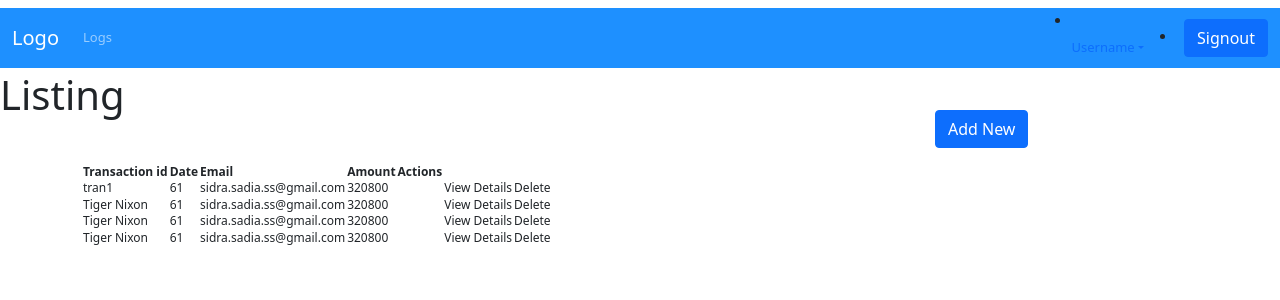
Repository: Sadia-Naveed-Shaikh/JavaScript-Website
Page: src/Listing.html
The author's editor kept a copy of each file at every save. The page is drawn from the files as they stood at one save, then again after the next save.
The browser window is 1280 px wide. The pictures show the whole page.
Some web libraries are served in a nearby version.

Above is the page before, as saved 2021-10-28 17:17:33.

### src/Listing.html
<!DOCTYPE html>

<html>

<head>
    <title>Listing</title>
    <meta charset="utf-8">
    <meta name="viewport" content="width=device-width, initial-scale=1">
    <link href="https://cdn.jsdelivr.net/npm/bootstrap@5.1.1/dist/css/bootstrap.min.css" rel="stylesheet">
    <script src="https://cdn.jsdelivr.net/npm/bootstrap@5.1.1/dist/js/bootstrap.bundle.min.js"></script>
    <script src="https://kit.fontawesome.com/2246d8fd03.js" crossorigin="anonymous"></script>
</head>

<style>
    body {
        font-size: small;
    }

    tr,
    td {
        font-size: 12px;
    }

    .modal-body {
        font-size: 18px;
    }
</style>

<body>

    <nav class="navbar navbar-expand-sm  navbar-dark fixed-top" style="">
        <div class="container-fluid" style="background-color: dodgerblue; height:60px">
            <a class="navbar-brand" href="#">Logo</a>
            <button class="navbar-toggler" type="button" data-bs-toggle="collapse" data-bs-target="#collapsibleNavbar">
                <span class="navbar-toggler-icon"></span>
            </button>
            <div class="collapse navbar-collapse" id="collapsibleNavbar">
                <ul class="navbar-nav">
                    <li class="nav-item">
                        <a class="nav-link" href="#">Logs</a>
                    </li>


                </ul>

            </div>
            <!-- <form class="d-flex">
            <input class="form-control me-2" type="text" placeholder="Search">
            <button class="btn btn-primary" type="button">Search</button>
        </form> -->

            <!-- Button to Open the Modal -->
            <li class="nav-item dropdown">
                <a class="nav-link dropdown-toggle" href="#" role="button" data-bs-toggle="dropdown">Username</a>
                <ul class="dropdown-menu">
                    <li><a class="dropdown-item" href="Profile.html">View Profile</a></li>
                    <li><a class="dropdown-item" href="forgetPassword.html">Change Password</a></li>
                </ul>
            <li class="nav-item dropdown">
                <button type="button" class="btn btn-primary" style="margin-left: 5px">
                    Signout
                </button>
        </div>
    </nav>
    <div style="margin-top: 50px;">
        <h1>
            Listing
            <button type="button" class="btn btn-primary" data-bs-toggle="modal" data-bs-target="#myModal"
                style="margin-left: 800px; margin-top: 60px;">
                Add New
            </button>

            <div class="modal fade" id="myModal">
                <div class="modal-dialog modal-dialog-centered  modal-dialog-scrollable">
                    <div class="modal-content">

                        <!-- Modal Header -->
                        <div class="modal-header">
                            <h4 class="modal-title">Add New Transaction</h4>
                            <button type="button" class="btn-close" data-bs-dismiss="modal"></button>
                        </div>

                        <!-- Modal body -->
                        <div class="modal-body">

                            <form action="/action_page.php" class="was-validated">
                                <div class="mb-3 mt-3">
                                    <label for="uname" class="form-label">ID:</label>
                                    <input type="text" class="form-control" id="uname" placeholder="Enter username"
                                        name="uname" required>
                                    <div class="valid-feedback">Valid.</div>
                                    <div class="invalid-feedback">Please fill out this field.</div>
                                </div>
                                <div class="mb-3">
                                    <label for="pwd" class="form-label">Transation Id:</label>
                                    <input type="password" class="form-control" id="pwd" placeholder="Enter password"
                                        name="pswd" required>
                                    <div class="valid-feedback">Valid.</div>
                                    <div class="invalid-feedback">Please fill out this field.</div>
                                </div>
                                <div class="mb-3">
                                    <label for="pwd" class="form-label">Name:</label>
                                    <input type="password" class="form-control" id="pwd" placeholder="Enter password"
                                        name="pswd" required>
                                    <div class="valid-feedback">Valid.</div>
                                    <div class="invalid-feedback">Please fill out this field.</div>
                                </div>
                                <div class="mb-3">
                                    <label for="pwd" class="form-label">Date:</label>
                                    <input type="password" class="form-control" id="pwd" placeholder="Enter password"
                                        name="pswd" required>
                                    <div class="valid-feedback">Valid.</div>
                                    <div class="invalid-feedback">Please fill out this field.</div>
                                </div>
                                <div class="mb-3">
                                    <label for="pwd" class="form-label">Amount:</label>
                                    <input type="password" class="form-control" id="pwd" placeholder="Enter password"
                                        name="pswd" required>
                                    <div class="valid-feedback">Valid.</div>
                                    <div class="invalid-feedback">Please fill out this field.</div>
                                </div>
                                <div class="mb-3">
                                    <label for="pwd" class="form-label">Currency:</label>
                                    <input type="password" class="form-control" id="pwd" placeholder="Enter password"
                                        name="pswd" required>
                                    <div class="valid-feedback">Valid.</div>
                                    <div class="invalid-feedback">Please fill out this field.</div>
                                </div>


                                <button type="submit" class="btn btn-primary">Submit</button>
                            </form>

                        </div>

                        <!-- Modal footer -->
                        <div class="modal-footer">
                            <button type="button" class="btn btn-danger" data-bs-dismiss="modal">Close</button>
                        </div>

                    </div>
                </div>
            </div>

            <div class="container mt-3">
                <table class="table-striped table-hover">
                    <thead>
                        <tr>
                            <th>Transaction id</th>
                            <th>Date</th>
                            <th>Email</th>
                            <th>Amount</th>
                            <th>Actions</th>
                        </tr>
                    </thead>
                    <tbody id='tableContents'>
                    </tbody>
                </table>
            </div>
    </div>
    <script>
        var record;
        var myObj;
        var xhr = new XMLHttpRequest();
        xhr.open("GET", "transaction.json", true);
        xhr.onload = function () {
            record = xhr.responseText;
            myObj = JSON.parse(record);
            var table = document.getElementById('tableContents');
             tableContents = '<tr><td>' + myObj[0].tran_id + '</td><td>' + myObj[0].date + '</td><td>' + myObj[0].email + '</td><td>' + myObj[0].amount + '</td><td>' + '</td><td>' + "View Details" + '</td><td>' + "Delete" + '</td></tr>';
            for (let i = 1; i < myObj.length; i++) {
                tableContents += '<tr><td>' + myObj[i].tran_id + '</td><td>' + myObj[i].date + '</td><td>' + myObj[i].email + '</td><td>' + myObj[i].amount + '</td><td>' + '</td><td>' + "View Details" + '</td><td>' + "Delete" + '</td></tr>';
            }
            table.innerHTML = tableContents;
        };
        xhr.send();

    </script>

    </div>
    </h1>
</body>


</html>

### src/transaction.json
[
    {
        "id": 1,
        "tran_id": "tran1",
        "name": "xyz",
        "email": "sidra.sadia.ss@gmail.com",
        "date": 61,
        "amount": "320800",
        "currency": "",
        "key8": "",
        "key9": "",
        "key10": "",
        "key11": "",
        "key12":"",
        "key13":"",
        "key14":"",
        "key15":""
    },
    {
        "id": 1,
        "tran_id": "Tiger Nixon",
        "name": 320800,
        "email": "sidra.sadia.ss@gmail.com",
        "date": 61,
        "amount": "320800",
        "currency": "",
        "key8": "",
        "key9": "",
        "key10": "",
        "key11": "",
        "key12": "",
        "key13": "",
        "key14": "",
        "key15": ""
    },
    {
        "id": 1,
        "tran_id": "Tiger Nixon",
        "name": 320800,
        "email": "sidra.sadia.ss@gmail.com",
        "date": 61,
        "amount": "320800",
        "currency": "",
        "key8": "",
        "key9": "",
        "key10": "",
        "key11": "",
        "key12": "",
        "key13": "",
        "key14": "",
        "key15": ""
    },
    {
        "id": 1,
        "tran_id": "Tiger Nixon",
        "name": 320800,
        "email": "sidra.sadia.ss@gmail.com",
        "date": 61,
        "amount": "320800",
        "currency": "",
        "key8": "",
        "key9": "",
        "key10": "",
        "key11": "",
        "key12": "",
        "key13": "",
        "key14": "",
        "key15": ""
    }
]

After the next save:
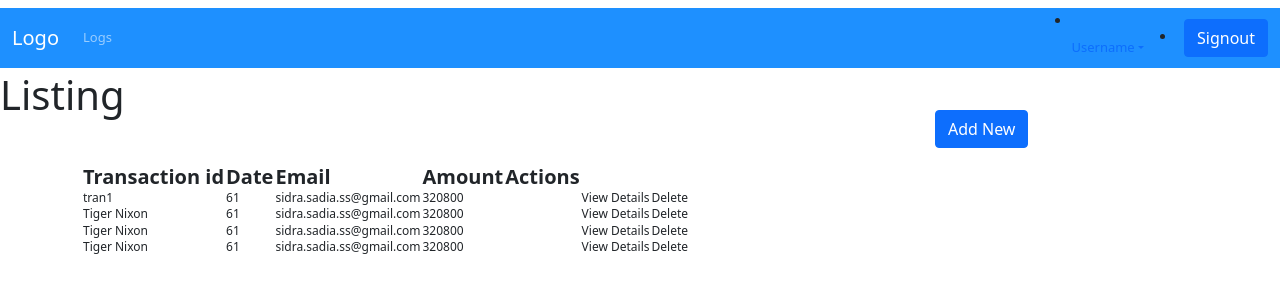
Saved 18 s later.
--- a/src/Listing.html
+++ b/src/Listing.html
@@ -16,6 +16,9 @@
         font-size: small;
     }
 
+    th{
+        font-size: 20px;
+    }
     tr,
     td {
         font-size: 12px;
